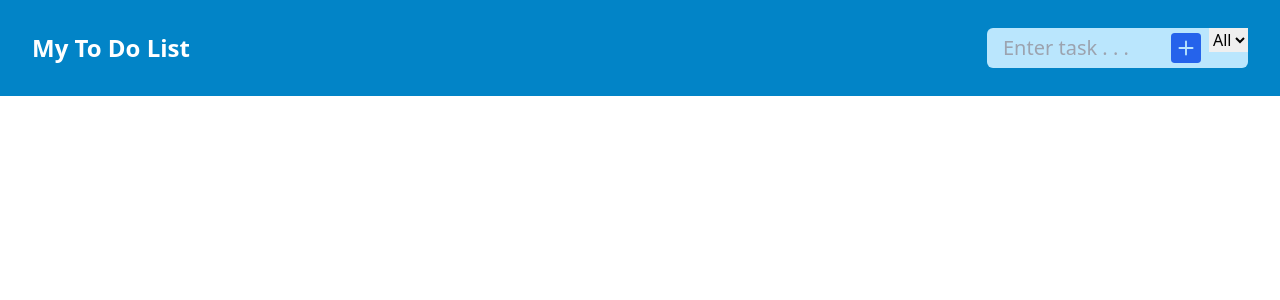
Repository: SaadYasin/react-to-do-list
Page: /
These files come from the project's save history. The page is drawn as it stood at one moment and after the next save; the edit follows.
The browser window is 1280 px wide. The pictures show the whole page.
The project was rebuilt for these pictures with package versions that can differ from the ones it lists, and the page was loaded fresh each time. Also part of the build but not shown: src/App.css.

Above is the page before, as saved 2022-11-09 20:32:54.

After the next save:
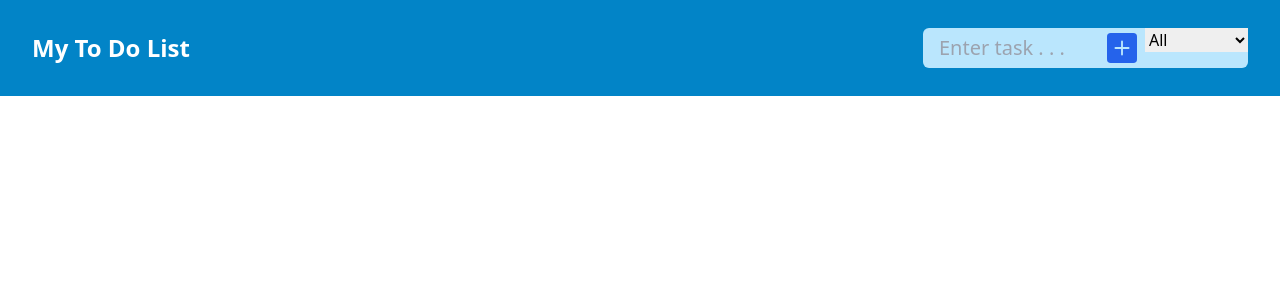
Saved 5 s later.
--- a/src/components/Input.js
+++ b/src/components/Input.js
@@ -17,7 +17,7 @@
         <div className="select">
           <select name="todos" id="filter-todos">
             <option value="all">All</option>
-            <option value="completed"></option>
+            <option value="completed">Completed</option>
             <option value="all">All</option>
           </select>
         </div>
